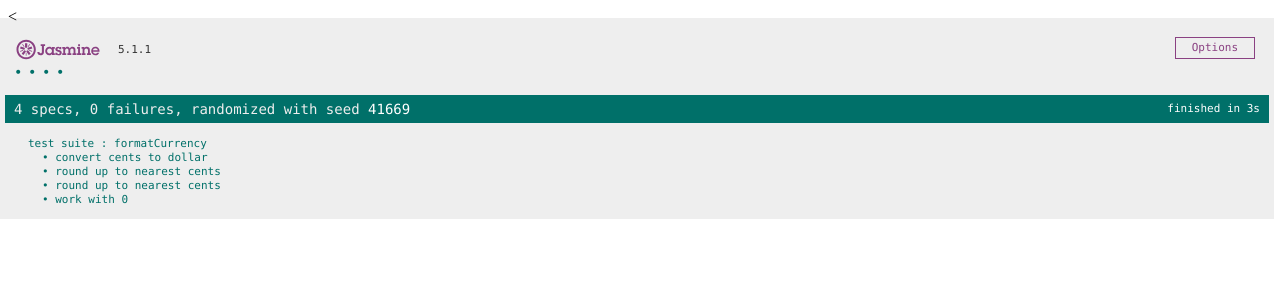
Repository: Gaurav124937/Javascirpt-amazon-clone
Page: tests-jasmine/tests.html
The author's editor kept a copy of each file at every save. The page is drawn from the files as they stood at one save, then again after the next save.
The browser window is 1280 px wide. The pictures show the whole page.

Above is the page before, as saved 2026-10-13 22:22:28.

### tests-jasmine/tests.html
<!DOCTYPE html>
<html>
<head>
  <meta charset="utf-8">
  <title>Jasmine Spec Runner v5.1.1</title>

  <link rel="shortcut icon" type="image/png" href="lib/jasmine-5.1.1/jasmine_favicon.png">
  <link rel="stylesheet" href="lib/jasmine-5.1.1/jasmine.css">

  <script src="lib/jasmine-5.1.1/jasmine.js"></script>
  <script src="lib/jasmine-5.1.1/jasmine-html.js"></script>
  <script src="lib/jasmine-5.1.1/boot0.js"></script>
  <!-- optional: include a file here that configures the Jasmine env -->
  <script src="lib/jasmine-5.1.1/boot1.js"></script>

  <
  <script src="moneyTest.js" type="module"></script>

</head>

<body>
</body>
</html>

### tests-jasmine/moneyTest.js
import { formatCurrency } from "../js/utils/money.js";

describe('test suite : formatCurrency',()=>{
    it('convert cents to dollar',()=>{
        expect(formatCurrency(2095)).toEqual('20.95');
    });
    it('work with 0',()=>{
        expect(formatCurrency(0)).toEqual('0.00');
    });
    it('round up to nearest cents',()=>{
        expect(formatCurrency(2000.5)).toEqual('20.01');
    });
    it('round up to nearest cents',()=>{
        expect(formatCurrency(2000.4)).toEqual('20.00');
    });

});

### js/utils/money.js
export function formatCurrency(priceCents) {
  return (Math.round(priceCents) / 100).toFixed(2);
}

Loaded but not shown: tests-jasmine/lib/jasmine-5.1.1/jasmine.css (library); tests-jasmine/lib/jasmine-5.1.1/jasmine.js (library); tests-jasmine/lib/jasmine-5.1.1/jasmine-html.js (library); tests-jasmine/lib/jasmine-5.1.1/boot0.js (common file); tests-jasmine/lib/jasmine-5.1.1/boot1.js (library)

After the next save:
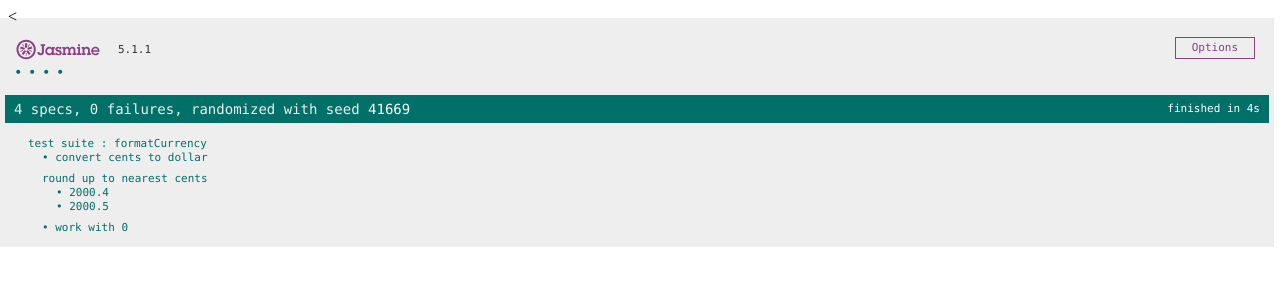
Saved 1 s later.
--- a/tests-jasmine/moneyTest.js
+++ b/tests-jasmine/moneyTest.js
@@ -1,17 +1,20 @@
 import { formatCurrency } from "../js/utils/money.js";
 
-describe('test suite : formatCurrency',()=>{
-    it('convert cents to dollar',()=>{
+describe('test suite : formatCurrency', () => {
+    it('convert cents to dollar', () => {
         expect(formatCurrency(2095)).toEqual('20.95');
     });
-    it('work with 0',()=>{
+    it('work with 0', () => {
         expect(formatCurrency(0)).toEqual('0.00');
     });
-    it('round up to nearest cents',()=>{
-        expect(formatCurrency(2000.5)).toEqual('20.01');
-    });
-    it('round up to nearest cents',()=>{
-        expect(formatCurrency(2000.4)).toEqual('20.00');
-    });
+    describe("round up to nearest cents", () => {
+        it('2000.5', () => {
+            expect(formatCurrency(2000.5)).toEqual('20.01');
+        });
+        it('2000.4', () => {
+            expect(formatCurrency(2000.4)).toEqual('20.00');
+        });
+    })
+
 
 });
